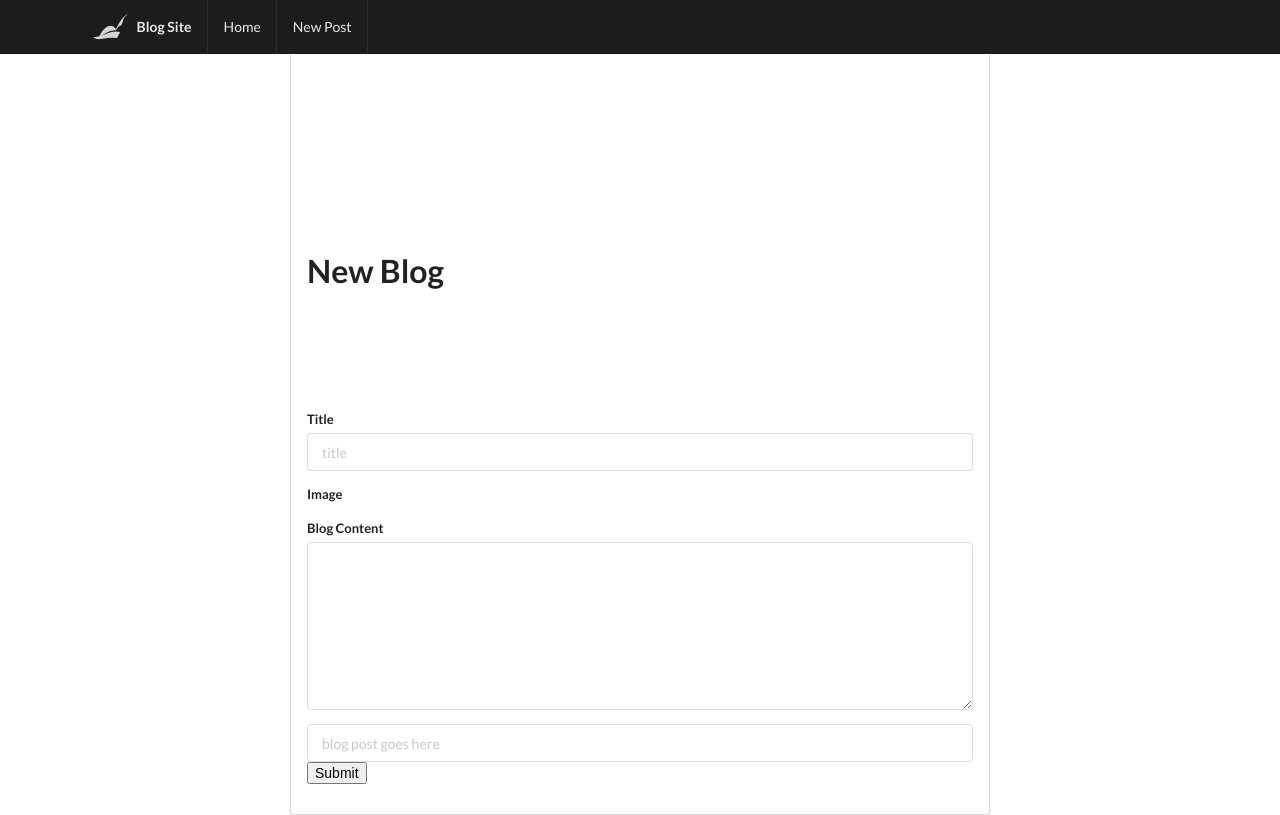
Repository: zella0/BlogApp
Page: http://localhost/blogs/new
The author's editor kept a record of every edit. The page is drawn from the files as they stood at one moment, then again after the next edit.
The browser window is 1280 px wide. The pictures show the whole page.
Some web libraries are served in a nearby version. The page is served by the project's Node server (RESTful_Routing/BlogApp/app.js).

Above is the page before.

### RESTful_Routing/BlogApp/views/new.ejs
<% include ./partials/header.ejs %>

<div class="ui main text container segment">
  <div class="ui huge header">New Blog</div>
  <form class = 'ui form' action = '/blogs' method = 'POST'>
    <div class = 'field'>
      <label>Title</label>
      <input type = 'text' name = 'blog[title]' placeholder='title'>
    </div>
     <div class = 'field'>
      <label>Image</label>
    </div>
     <div class = 'field'>
      <label>Blog Content</label>
      <textarea name = 'blog[body]'></textarea>
    </div>


    <input type = 'text' name = 'blog[body]' placeholder='blog post goes here'>
    <input type = 'submit'>
  </form>
</div>

<% include ./partials/footer.ejs %>

### RESTful_Routing/BlogApp/views/partials/header.ejs
<html>
    <head>
        <link href="https://cdnjs.cloudflare.com/ajax/libs/semantic-ui/2.2.13/semantic.min.css" rel="stylesheet" type="text/css">
        <link href="/stylesheets/style.css" rel="stylesheet" type="text/css">
        <title>Blog App</title>
    </head>
    <body>
        <div class = 'ui fixed inverted menu'>
            <div class = 'ui container'>
                <div class = 'header item'><i class = "Pied Piper icon"></i>Blog Site</div>
                <a class = 'item' href = '/'>Home</a>
                <a class = 'item' href = '/blogs/new'>New Post</a>
            </div>
        </div>

### RESTful_Routing/BlogApp/app.js
var express          = require('express');
var app              = express();
var bodyParser       = require('body-parser');
var mongoose         = require('mongoose');
var methodOverride   = require('method-override')
var expressSanitizer = require('express-sanitizer');

// APP CONFIG
mongoose.connect('mongodb://localhost/restful_blog_app', {useMongoClient: true});
app.use(express.static('public'));
app.use(bodyParser.urlencoded({extended: true}));
app.use(methodOverride('_method'));

// MONGOOSE/MODEL CONFIG
var blogSchema = new mongoose.Schema({
    title: String,
    image: String,
    body: String,
    created: {type:Date, default: Date.now}
});

var Blog = mongoose.model("Blog", blogSchema);


app.get('/', function(req, res){
    res.redirect('/blogs');
});

// INDEX ROUTE
app.get('/blogs', function(req, res){
    Blog.find(function(err, blogs){
        if(err){
            console.log(err);
            console.log("Error");
        } else {
            res.render('index.ejs', {blogs});
        }
    })
});

// NEW ROUTE
app.get('/blogs/new', function(req, res){
    res.render('new.ejs');
});

///CREATE ROUTE
app.post('/blogs', function(req, res){
    Blog.create(req.body.blog, function(err, newBlog){
        if(err){
            console.log(err);
        } else {
            res.redirect('/blogs');
        }
    })
});

app.get('/blogs/:id', function(req, res){
    Blog.findById(req.params.id, function(err, foundBlog){
        if(err){
            res.redirect('/blogs');
        } else {
            res.render('show.ejs', {foundBlog});
        }
    })
});

// EDIT ROUTE
app.get('/blogs/:id/edit', function (req, res){
    Blog.findById(req.params.id, function(err, editedBlog){
        if(err){
            res.redirect('/blogs');
        } else {
            res.render('edit.ejs', {editedBlog});
        }
    })
})

// UPDATE ROUTE  findByIAndUpdate(id, newdata, callback)
app.put('/blogs/:id', function (req, res){
    Blog.findByIdAndUpdate(req.params.id, req.body.blog, function(err, updatedBlog){
        if(err){
            res.redirect('/blogs');
        } else {
            res.redirect('/blogs/' + req.params.id);
        }
    })
})

// DELETE ROUTE
app.delete('/blogs/:id', function(req, res){
    Blog.findByIdAndRemove(req.params.id, function(err){
        if(err){
            res.redirect('blogs');
        } else {
            res.redirect('blogs');
        }
    })
})

app.listen(3000, function(){
    console.log("Server up!");
});

### RESTful_Routing/BlogApp/public/stylesheets/style.css
i.icon {
   font-size: 2em;
}

.container .ui {
    margin-top:20px;
    padding-top: 7em;
}

Loaded but not shown: RESTful_Routing/BlogApp/views/partials/footer.ejs (common file)

After the next edit:
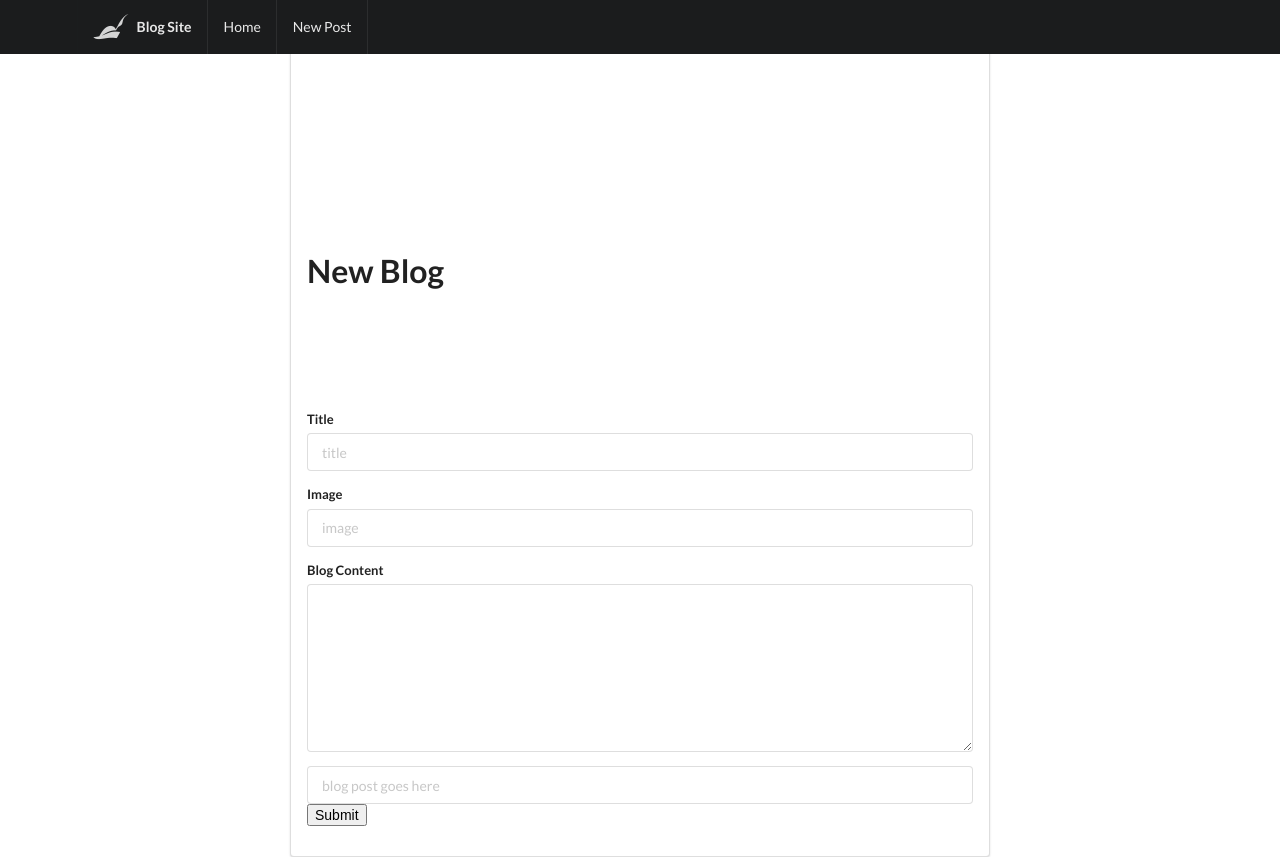
The edit:
--- a/RESTful_Routing/BlogApp/views/new.ejs
+++ b/RESTful_Routing/BlogApp/views/new.ejs
@@ -9,7 +9,9 @@
     </div>
      <div class = 'field'>
       <label>Image</label>
+      <input type = 'text' name = 'blog[image]' placeholder='image'>
     </div>
+
      <div class = 'field'>
       <label>Blog Content</label>
       <textarea name = 'blog[body]'></textarea>
